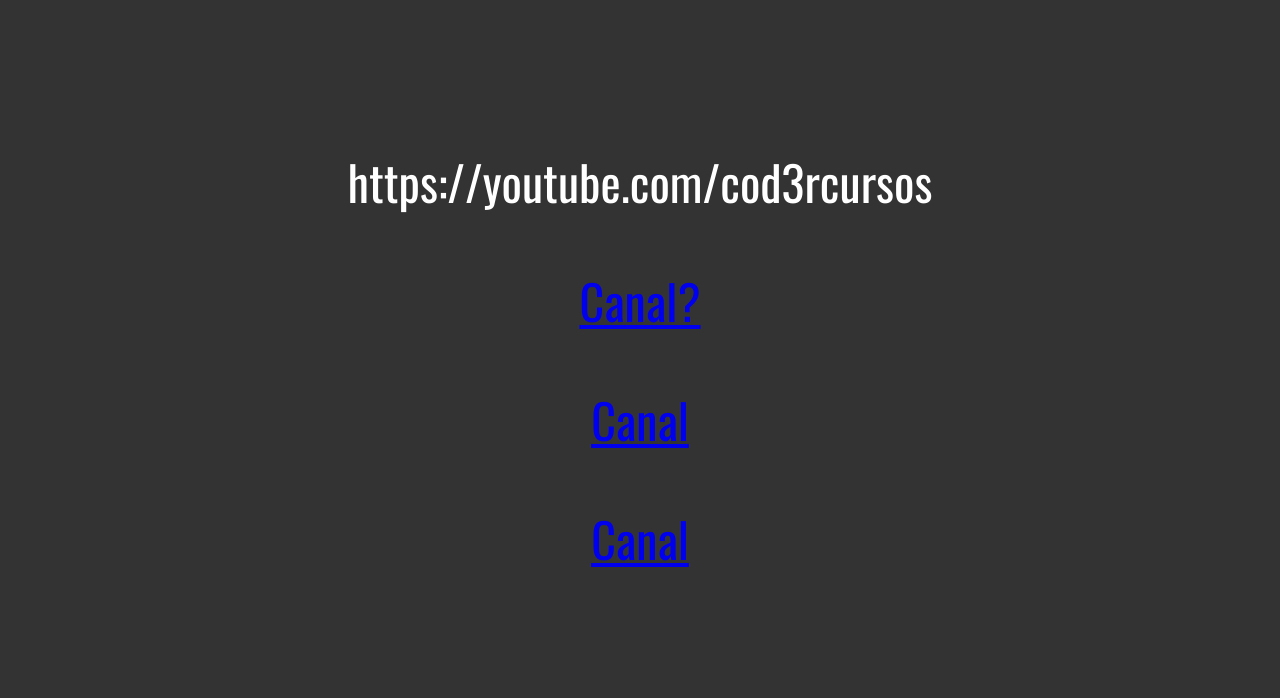
Repository: WillianPer/VUE
Page: exercicios/binding.html
The author's editor kept a copy of each file at every save. The page is drawn from the files as they stood at one save, then again after the next save.
The browser window is 1280 px wide. The pictures show the whole page.

Above is the page before, as saved 2022-08-12 19:33:11.

### exercicios/binding.html
<!DOCTYPE html>
<html>
<head>
    <meta charset="UTF-8">
    <title>Binding</title>
    <link rel="stylesheet" href="/css/estilo.css">
    <script src="/js/vue.min.js"></script>
</head>
<body class="exercicio">

    <div id="app">
        <p>{{ link }}</p>
        <p><a href="{{ link }}">Canal?</a></p>
        <p><a v-bind:href="link">Canal</a></p>
        <p><a :href="link">Canal</a></p>
    </div>

    <script>
        new Vue({
            el: "#app",
            data: {
                link: "https://youtube.com/cod3rcursos"
            }
        })
    </script>
</body>
</html>

Loaded but not shown: exercicios/css/estilo.css (common file); exercicios/js/vue.min.js (library)

After the next save:
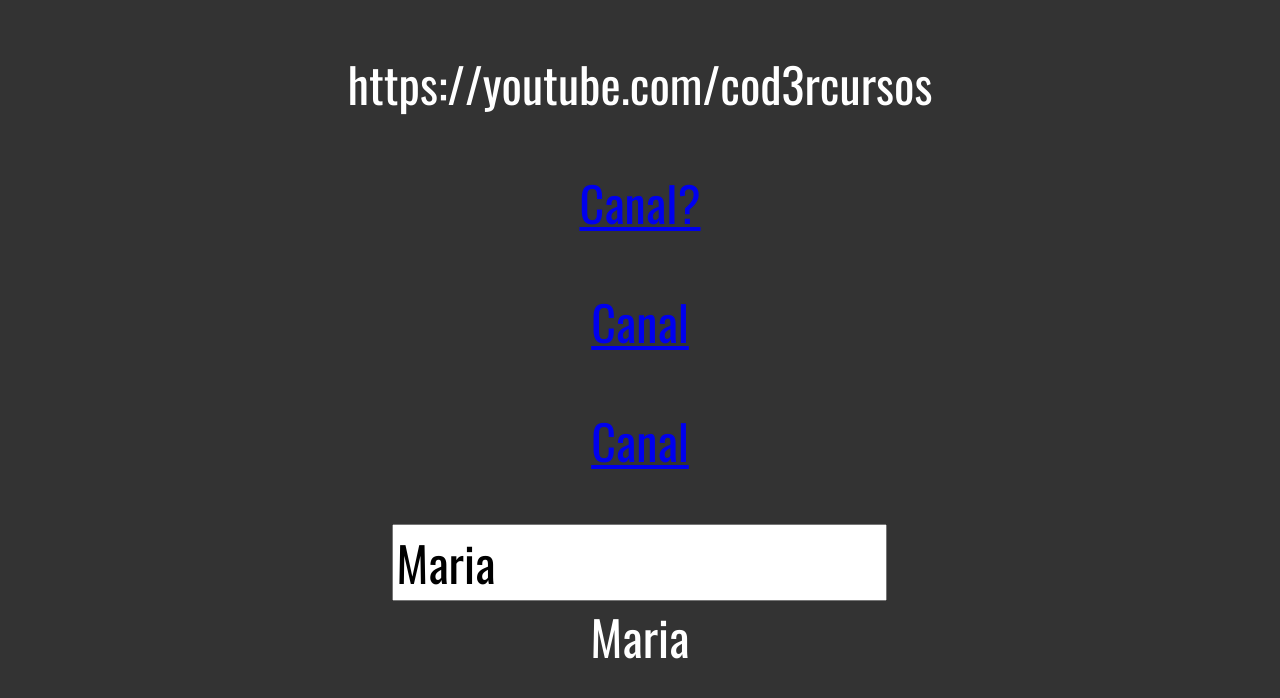
Saved 4 min 12 s later.
--- a/exercicios/binding.html
+++ b/exercicios/binding.html
@@ -13,12 +13,17 @@
         <p><a href="{{ link }}">Canal?</a></p>
         <p><a v-bind:href="link">Canal</a></p>
         <p><a :href="link">Canal</a></p>
+        <p>
+            <input type="text" v-model="nome"><br>
+            <span>{{ nome }}</span>
+        </p>
     </div>
 
     <script>
         new Vue({
             el: "#app",
             data: {
+                nome: "Maria",
                 link: "https://youtube.com/cod3rcursos"
             }
         })
